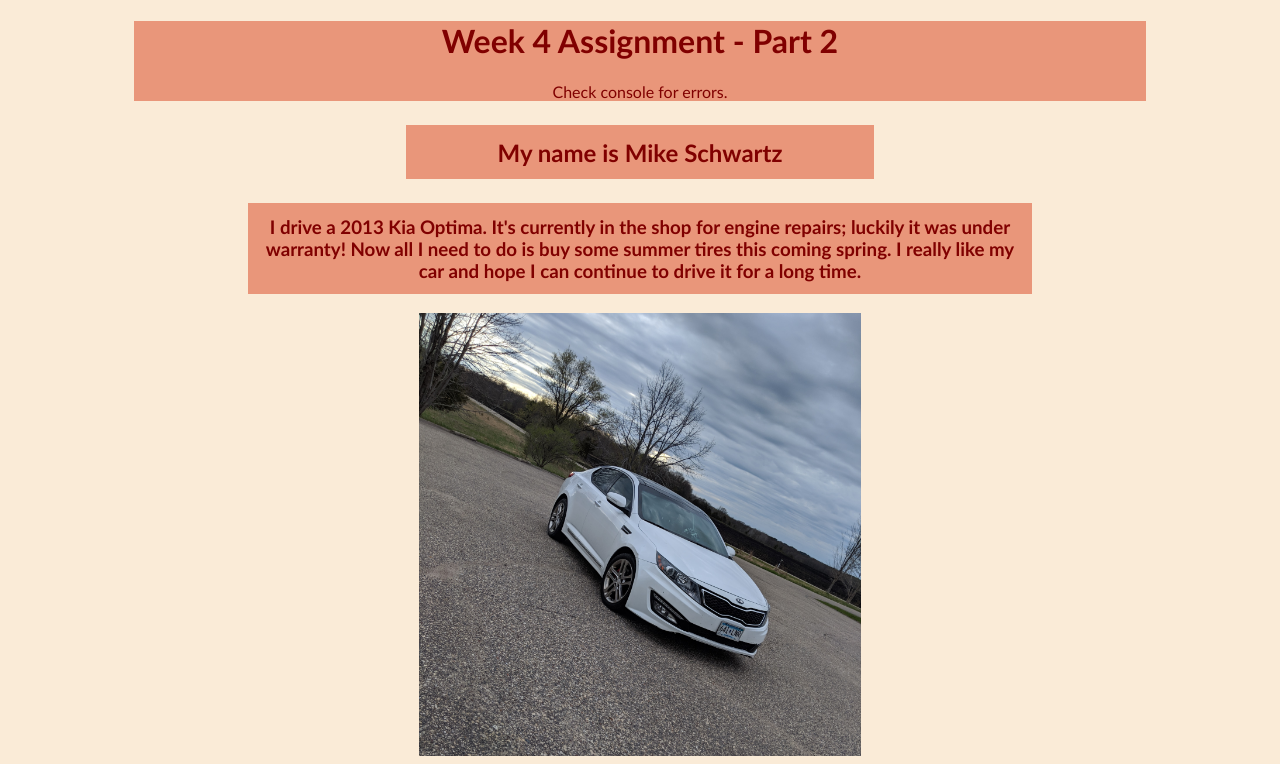
Repository: Ellusionism/prime-pw-week-4-assignment-part-2
Page: assignment/index.html
An editor plug-in stored every save of this project. The page is shown before and after the next save, followed by the edit.
The browser window is 1280 px wide. The pictures show the whole page.

Above is the page before, as saved 2022-11-16 18:18:51.

### assignment/index.html
<!DOCTYPE html>
<meta name="viewport" content="width=device-width">
<html lang="en-US">
  <head>
    <meta charset="utf-8">
    <title>Week 4 Assignment</title>
    <link rel="stylesheet" href="stylesheet.css">
  </head>

  <body>
    <header class="homepageHeader">
      <h1>Week 4 Assignment - Part 2</h1>
      <p>Check console for errors.</p>
  </header>

  <div>
    <h2 class="info nameInfo"> My name is Mike Schwartz </h2>
  </div>

  <h3 class="info carInfo">I drive a 2013 Kia Optima. It's currently in the shop for engine repairs; luckily it was under warranty! Now all I need to do is buy some summer tires this coming spring. I really like my car and hope I can continue to drive it for a long time.</h3>

  <img class="carpic" src="carpic.jpeg" alt="White 2013 Kia Optima" />
  </body>
</html>

### assignment/stylesheet.css
body {
 font-family:'Trebuchet MS', 'Lucida Sans Unicode', 'Lucida Grande', 'Lucida Sans', Arial, sans-serif;
 background-color:antiquewhite;
}

.carpic {
 width: 35%;
 display: block;
 margin: auto;
}

.homepageHeader {
 background-color:darksalmon;
 text-align: center;
 width: 80%;
 display: block;
 margin: auto;
 color: maroon;
}

.info {
 background-color:darksalmon;
 text-align: center;
 padding: 1%;
 display: block;
 margin: 1em auto;
 color: maroon;
}

.nameInfo {
 width: 35%;
}

.carInfo {
 width: 60%;
}

After the next save:
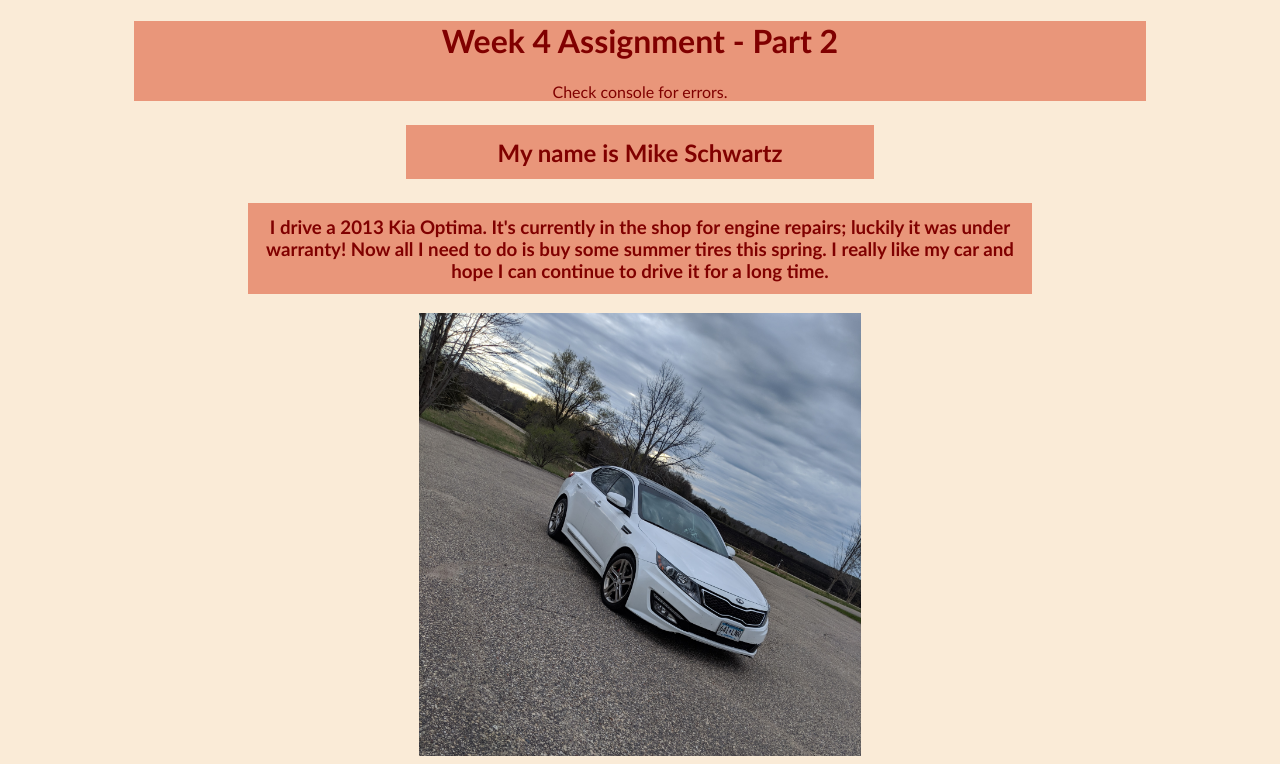
Saved 2 min 1 s later.
--- a/assignment/index.html
+++ b/assignment/index.html
@@ -17,7 +17,7 @@
     <h2 class="info nameInfo"> My name is Mike Schwartz </h2>
   </div>
 
-  <h3 class="info carInfo">I drive a 2013 Kia Optima. It's currently in the shop for engine repairs; luckily it was under warranty! Now all I need to do is buy some summer tires this coming spring. I really like my car and hope I can continue to drive it for a long time.</h3>
+  <h3 class="info carInfo">I drive a 2013 Kia Optima. It's currently in the shop for engine repairs; luckily it was under warranty! Now all I need to do is buy some summer tires this spring. I really like my car and hope I can continue to drive it for a long time.</h3>
 
   <img class="carpic" src="carpic.jpeg" alt="White 2013 Kia Optima" />
   </body>
